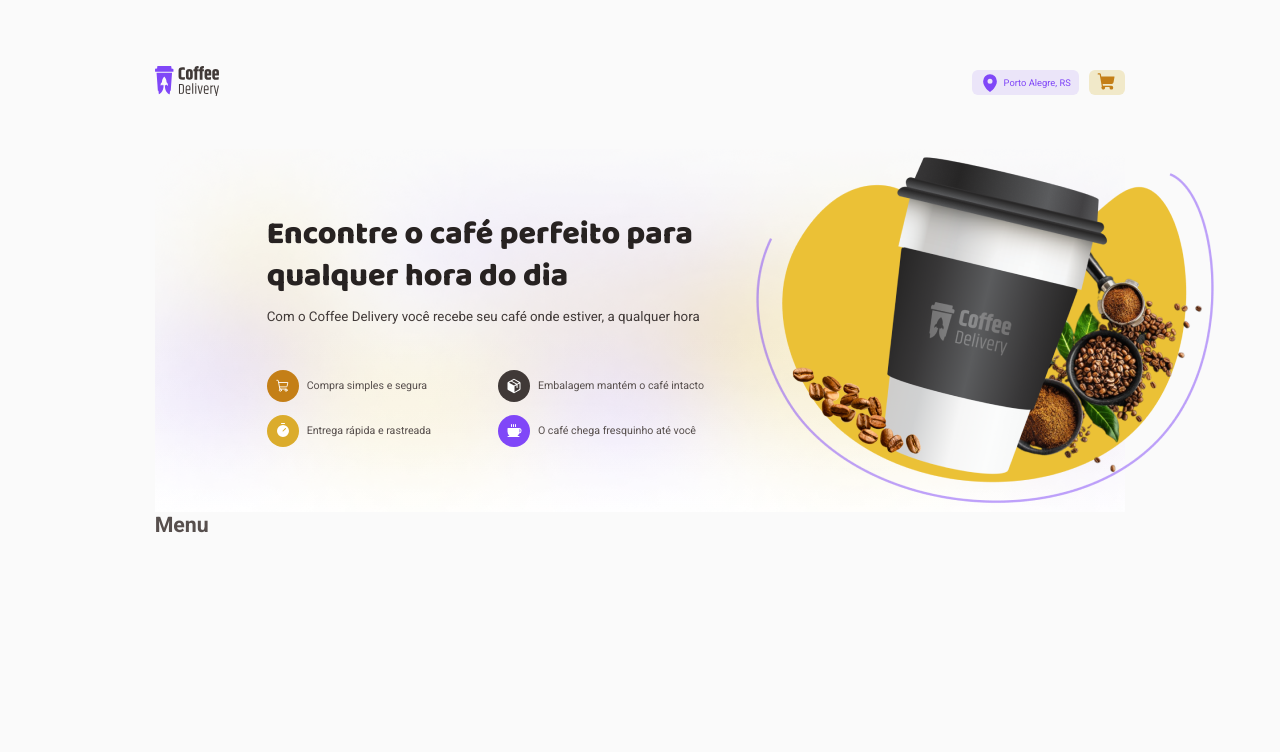
Repository: guilhermecardoso93/react-coffee-delivery
Page: /
The author's editor kept a copy of each file at every save. The page is drawn from the files as they stood at one save, then again after the next save.
The browser window is 1280 px wide. The pictures show the whole page.
The project was rebuilt for these pictures with package versions that can differ from the ones it lists, and the page was loaded fresh each time. Also part of the build but not shown: vite.config.ts, src/pages/CompleteOrder/styles.ts, src/pages/CompleteOrder/index.tsx.

Above is the page before, as saved 2022-07-18 07:59:14.

### index.html
<!DOCTYPE html>
<html lang="en">
  <head>
    <meta charset="UTF-8" />
    <link rel="icon" type="image/svg+xml" href="/src/assets/favicon.ico" />
    <link rel="preconnect" href="https://fonts.googleapis.com" />
    <link rel="preconnect" href="https://fonts.gstatic.com" crossorigin />
    <meta name="viewport" content="width=device-width, initial-scale=1.0" />
    <link
      href="https://fonts.googleapis.com/css2?family=Baloo+2:wght@700;800&family=Roboto:wght@400;500;700&display=swap"
      rel="stylesheet"
    />
    <title>Coffee Delivery - Rocketseat</title>
  </head>
  <body>
    <div id="root"></div>
    <script type="module" src="/src/main.tsx"></script>
  </body>
</html>

### src/App.tsx
import { ThemeProvider } from "styled-components";
import { defaultTheme } from "./styles/themes/default";
import { GlobalStyle } from "./styles/global";
import { Router } from "./Router";
import { BrowserRouter } from "react-router-dom";

export function App() {
  return (
    <ThemeProvider theme={defaultTheme}>
      <BrowserRouter>
        <Router />
        <GlobalStyle />
      </BrowserRouter>
    </ThemeProvider>
  );
}

### src/styles/themes/default.ts
export const defaultTheme = {
  colors: {
    "white": "#FFFFFF",
    "base-background": "#FAFAFA",
    "base-card": "#F3F2F2",
    "base-input": "#EDEDED",
    "base-button": "#E6E5E5",
    "base-hover": "#D7D5D5",
    "base-label": "#8D8686",
    "base-text": "#574F4D",
    "base-subtitle": "#403937",
    "base-title": "#272221",
    "base-error": "#f84747",
    "brand-purple-dark": "#4B2995",
    "brand-purple": "#8047F8",
    "brand-purple-light": "#EBE5F9",
    "brand-yellow-dark": "#C47F17",
    "brand-yellow": "#DBAC2C",
    "brand-yellow-light": "#F1E9C9"
  },
  textSizes: {
    "title-title-xl": "3rem",
    "title-title-l": "2rem",
    "title-title-m": "1.5rem",
    "title-title-s": "1.2rem",
    "title-title-xs": "1.125rem",
    "text-regular-l": "1.25rem",
    "text-bold-l": "1.25rem",
    "text-regular-m": "1rem",
    "text-bold-m": "1rem",
    "text-regular-s": "0.875rem",
    "text-bold-s": "0.75rem",
    "components-tag": "0.625rem",
    "components-button-g": "0.875rem",
    "components-button-s": "0.75rem",
  },
  fonts: {
    regular: "'Roboto'",
    title: "'Baloo 2'",
  },
};

### src/styles/global.ts
import { createGlobalStyle } from "styled-components";
import { px2vw } from "../utils/px2vw";

export const GlobalStyle = createGlobalStyle`
  * {
    margin: 0;
    padding: 0;
    box-sizing: border-box;
    outline: none;
  }
  :root {
      font-size: ${px2vw(16)};

      @media (min-width: 768px) {
        font-size: ${px2vw(14)};
      }

      @media (min-width: 1024px) {
        font-size: ${px2vw(12)};
      }
    }
  body {
    background: ${({ theme }) => theme.colors["base-background"]};
    color: ${({ theme }) => theme.colors["base-text"]};
    -webkit-font-smoothing: antialiased;
  }
  body, input, textarea, button {
    font-family: 'Roboto', sans-serif;
    font-weight: 400;
    font-size: 1rem;
  }
  button {
    cursor: pointer;
  }
  a {
    text-decoration: none;
  }
  input::-webkit-outer-spin-button,
  input::-webkit-inner-spin-button {
    -webkit-appearance: none;
    margin: 0;
  }
  input[type="number"] {
    -moz-appearance: textfield;
  }
  ::-webkit-scrollbar {
    width: 0.4rem;
  }
  ::-webkit-scrollbar-track {
    background: ${({ theme }) => theme.colors["base-button"]}
  }
  ::-webkit-scrollbar-thumb {
    border-radius: 2rem;
    background: ${({ theme }) => theme.colors["brand-purple"]}
  }
`;

### src/Router.tsx
import { Route, Routes } from "react-router-dom";
import { DefaultLayout } from "./layouts/DefaultLayout";
import { CompleteOrder } from "./pages/CompleteOrder";
import { Home } from "./pages/Home";

export function Router() {
  return (
    <Routes>
      <Route path="/" element={<DefaultLayout />}>
        <Route path="/" element={<Home />} />
        <Route path="/completeorder" element={<CompleteOrder />} />
      </Route>
    </Routes>
  );
}

### src/utils/px2vw.ts
export const px2vw = (size: number, width = 1440) => `${(size / width) * 100}vw`;

### src/pages/Home/index.tsx
import { useTheme } from "styled-components";
import { Intro } from "./Intro";
import { Menu } from "./Menu";
import { HomeContainer } from "./styles";

interface BenefitItemProps {
  iconBg?: string;
}

export function Home({ iconBg }: BenefitItemProps) {

  return (
    <HomeContainer>
      <Intro />
      <Menu/>
    </HomeContainer>
  );
}

### src/components/Header/index.tsx
import { MapPin, ShoppingCart } from "phosphor-react";
import { NavLink } from "react-router-dom";
import Logo from "../../assets/logo.svg";
import { HeaderButton, HeaderButtonBase, HeaderContainer } from "./styles";

export function Header() {
  return (
    <HeaderContainer>
      <div>
        <NavLink to="/">
          <img
            src={Logo}
            alt="Coffee Delivery Logo - copo de café escrito delivery"
          />
        </NavLink>
      </div>
      <div>
        <HeaderButton>
          <HeaderButtonBase variant="purple">
            <MapPin size={20} weight="fill" />
            Porto Alegre, RS
          </HeaderButtonBase>
          <HeaderButtonBase variant="yellow">
            <NavLink to="/completeorder">
              <ShoppingCart size={20} weight="fill" />
            </NavLink>
          </HeaderButtonBase>
        </HeaderButton>
      </div>
    </HeaderContainer>
  );
}

### src/layouts/DefaultLayout/styles.ts
import styled from "styled-components";

export const LayoutContainer = styled.div`
  max-width: 80vw;
  height: calc(100vh - 1rem);
  margin: 2rem auto;
  padding: 2.5rem;
  gap: 3rem;

  display: flex;
  flex-direction: column;



  .container {
    width: 100%;
    max-width: 70rem;
    margin-right:auto;
    margin-left: auto;
  }
`;

### src/pages/Home/Intro/index.tsx
import { Coffee, MapPin, Package, ShoppingCart, Timer } from "phosphor-react";
import { RegularText } from "../../../components/Texts";
import { useTheme } from "styled-components";
import CoffeHome from "../../../assets/intro-img.png";
import {
  BenefitsContainer,
  IconList,
  IntroContainer,
  IntroContent,
  IntroTitle,
  CoffeeImgHome
} from "./styles";

interface BenefitItemProps {
  iconBg?: string;
}

export function Intro({ iconBg }: BenefitItemProps) {
  const { colors } = useTheme();

  return (
    <IntroContainer>
      <IntroContent className="container">
        <div>
          <section>
            <IntroTitle size="xl">
              Encontre o café perfeito para qualquer hora do dia
            </IntroTitle>
            <RegularText
              as="h3"
              size="l"
              color="subtitle"
              className="regularText"
            >
              Com o Coffee Delivery você recebe seu café onde estiver, a
              qualquer hora
            </RegularText>
          </section>
          <BenefitsContainer>
            <IconList iconBg={colors["brand-yellow-dark"]} className="area01">
              <div>
                <ShoppingCart size={14} />
              </div>
              <p>Compra simples e segura</p>
            </IconList>
            <IconList iconBg={colors["base-subtitle"]} className="area02">
              <div>
                <Package size={16} weight="fill" />
              </div>
              <p>Embalagem mantém o café intacto</p>
            </IconList>
            <IconList iconBg={colors["brand-yellow"]} className="area03">
              <div>
                <Timer size={16} weight="fill" />
              </div>
              <p>Entrega rápida e rastreada</p>
            </IconList>
            <IconList iconBg={colors["brand-purple"]} className="area04">
              <div>
                <Coffee size={16} weight="fill" />
              </div>
              <p>O café chega fresquinho até você</p>
            </IconList>
          </BenefitsContainer>
        </div>
      </IntroContent>
      <CoffeeImgHome>
        <img src={CoffeHome} />
      </CoffeeImgHome>
    </IntroContainer>
  );
}

### src/pages/Home/Menu/index.tsx
import { MenuContainer } from "./styles";

export function Menu() {

  return (
    <MenuContainer>
      <h1>Menu</h1>
    </MenuContainer>
  );
}

### src/pages/Home/styles.ts
import styled from "styled-components";

export const HomeContainer = styled.main`
  margin-bottom: 4.8rem;
  overflow: hidden;

`;

### src/components/Header/styles.ts
import styled, { css } from "styled-components";

export const HeaderContainer = styled.header`
  width: 100%;
  display: flex;
  align-items: center;
  justify-content: space-between;
  height: 6.5rem;
  background: ${({ theme }) => theme.colors["base-background"]};
  position: sticky;
  top: 0;
  left: 0;
  z-index: 5;

  img {
    width:6rem;
  }
`;

export const HeaderButton = styled.div`
  display: flex;
  align-items: center;
  justify-content: center;
  gap: 1rem;
`;

interface HeaderButtonProps {
  variant: "purple" | "yellow";
}

export const HeaderButtonBase = styled.div<HeaderButtonProps>`
  display: flex;
  justify-content: center;
  align-items: center;
  padding: 8px;
  gap: 4px;
  border-radius: 6px;
  border: none;
  min-width: 2.3rem;
  height: 2.3rem;
  position: relative;
  font-size: 0.875rem;

  ${({ variant, theme }) =>
    variant === "purple" &&
    css`
      background-color: ${theme.colors[`brand-${variant}-light`]};
      color: ${theme.colors[`brand-${variant}`]};
    `}

  ${({ variant, theme }) =>
    variant === "yellow" &&
    css`
      background-color: ${theme.colors[`brand-${variant}-light`]};
      svg {
        color: ${theme.colors[`brand-${variant}-dark`]};
      }
    `}
`;

### src/components/Texts.ts
import styled from "styled-components";

interface TitleTextProps {
  size?: "xl" | "l" | "m" | "s" | "xs";
  color?: "title" | "subtitle" | "text";
  weight?: string | number;
}

interface RegularTextProps {
  size?: "l" | "m" | "s";
  color?: "text" | "subtitle" | "label";
  weight?: string | number;
}

export const TitleText = styled.h1<TitleTextProps>`
  color: ${({ theme, color }) => theme.colors[`base-${color ?? "title"}`]};
  font-size: ${({ theme, size }) =>
    theme.textSizes[`title-title-${size ?? "m"}`]};
  font-family: ${({ theme }) => theme.fonts.title};
  line-height: 130%;
  font-weight: ${({ weight }) => weight ?? 800};
`;

export const RegularText = styled.p<RegularTextProps>`
  color: ${({ theme, color }) => theme.colors[`base-${color ?? "text"}`]};
  font-size: ${({ theme, size }) =>
    theme.textSizes[`text-regular-${size ?? "m"}`]};
  line-height: 130%;
  font-weight: ${({ weight }) => weight ?? 400};
`;

### src/pages/Home/Intro/styles.ts
import styled from "styled-components";
import background from "../../../assets/intro-background.png";
import { rgba } from "polished";
import { TitleText } from "../../../components/Texts";

interface IconsContainerProps {
  iconBg: string;
}

export const IntroContainer = styled.section`
  width: 100%;
  height: 34rem;
  padding: 0.5rem;
  background: ${({ theme }) => `url(${background}) no-repeat center,
      linear-gradient(
        0deg,
        ${theme.colors["white"]} 0%,
        ${rgba(theme.colors["base-background"], 0.2)} 50%,
        ${theme.colors["base-background"]} 100%
      )`};
  background-size: cover;
  display: flex;

  align-items: center;
  justify-content: center;
`;

export const IntroContent = styled.div`
  width: 80%;
  display: flex;
  align-items: center;
  justify-content: space-between;
  gap: 1.5rem;

  .regularText {
    width: 60%;
  }
`;
export const IntroTitle = styled(TitleText)`
  width: 60%;
  margin-bottom: 1rem;
`;

export const BenefitsContainer = styled.div`
  width: 63%;
  display: grid;
  grid-template-columns: 1fr 1fr;
  row-gap: 1.25rem;
  margin-top: 4.125rem;
`;

export const IconList = styled.span<IconsContainerProps>`
  display: flex;
  align-items: center;
  gap: 0.75rem;

  div {
    display: flex;
    flex-direction: row;
    justify-content: center;
    align-items: center;
    padding: 8px;
    gap: 8px;
    background: ${({ iconBg }) => iconBg};
    width: 32px;
    height: 32px;
    color: ${(props) => props.theme.colors["white"]};
    border-radius: 50%;
    border: none;
  }
  p {
    color: ${(props) => props.theme.colors["base-text"]};
  }
`;

export const CoffeeImgHome = styled.div`
  display: flex;
  align-items: center;
  justify-content: center;

  img {
    position: absolute;
    z-index: 1;
    left: 70rem;
  }
`;

### src/pages/Home/Menu/styles.ts
import styled from "styled-components";

export const MenuContainer = styled.main``;

Loaded but not shown: src/main.tsx (common file); src/layouts/DefaultLayout/index.tsx (common file)

After the next save:
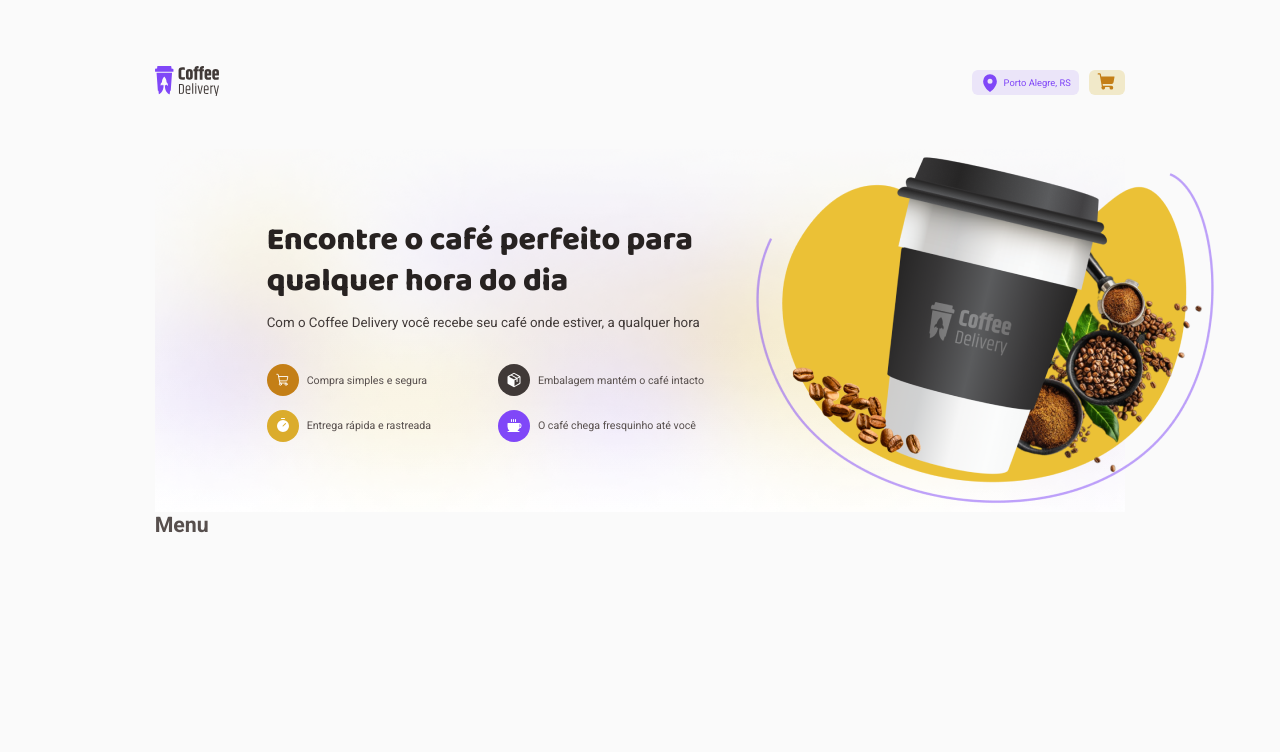
Saved 33 s later.
--- a/src/pages/Home/Intro/styles.ts
+++ b/src/pages/Home/Intro/styles.ts
@@ -46,7 +46,7 @@
   display: grid;
   grid-template-columns: 1fr 1fr;
   row-gap: 1.25rem;
-  margin-top: 4.125rem;
+  margin-top: 3.125rem;
 `;
 
 export const IconList = styled.span<IconsContainerProps>`
